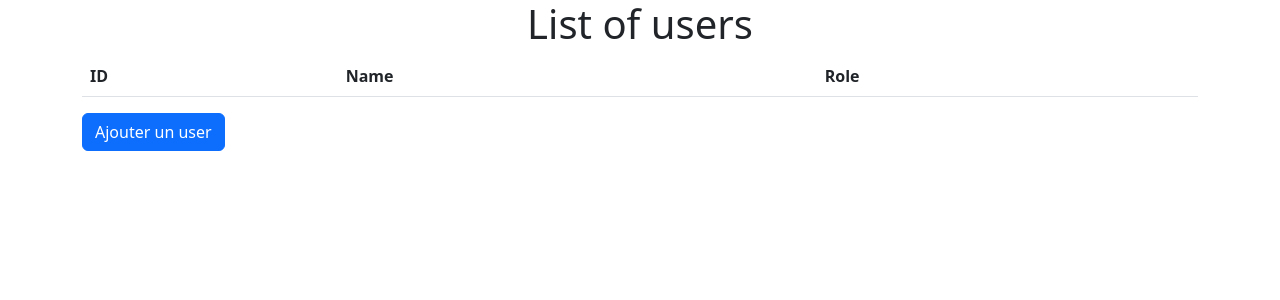
Repository: ahamie71/chat
Page: http://localhost/view/admin.phtml
An editor plug-in stored every save of this project. The page is shown before and after a run of saves, followed by the edit.
The browser window is 1280 px wide. The pictures show the whole page.
Some web libraries are served in a nearby version. The page is run by PHP 8.4 with error messages shown; the project is at /var/www/html/. Queries for data that is not in the repository find no rows.

Above is the page before, as saved 2023-01-13 10:44:30.

### view/admin.phtml
<?php
$db = new PDO('mysql:host=localhost;dbname=train;charset=utf8', 'root', 'root');
$req = "SELECT * FROM user ";
$recupererstmt=$db->prepare($req);
$recupererstmt->execute();
$result=$recupererstmt->fetchAll();
?>
<!DOCTYPE html>
<html lang="en">
<head>
    <meta charset="UTF-8">
    <meta http-equiv="X-UA-Compatible" content="IE=edge">
    <meta name="viewport" content="width=device-width, initial-scale=1.0">
    <link href="https://cdn.jsdelivr.net/npm/bootstrap@5.2.3/dist/css/bootstrap.min.css" rel="stylesheet" integrity="sha384-rbsA2VBKQhggwzxH7pPCaAqO46MgnOM80zW1RWuH61DGLwZJEdK2Kadq2F9CUG65" crossorigin="anonymous">
  </head>
    <title>crud</title>
</head>
<body>
<div class="container">
<table class="table caption-top">
  <h1 class="text-center">List of users</h1>
  <thead>
    <tr>
      <th scope="col">ID</th>
      <th scope="col">Name</th>

      <th scope="col">Role</th>
    </tr>
  <?php
        foreach($result as $user){
    ?>
            <tr>
                <td><?= $user['id'] ?></td>
                <td><?= $user['name'] ?></td>

                <td><?= $user['role'] ?></td>
                <td><a  class="btn btn-success" href=""<?= $user['id'] ?>">Modifier</a> <a class="btn btn-danger" href="delete.php?id=<?= $user['id'] ?>">Supprimer</a></td>
                </tr>

            </th>
    <?php
        }
    ?>
    </tbody>
  </tbody>
</table>
  <button type="button" class="btn btn-primary" href="./../ajoutercrud.php">Ajouter un user</button>
<script src="https://kit.fontawesome.com/31149d48b0.js" crossorigin="anonymous"></script>
<script src="https://cdn.jsdelivr.net/npm/@popperjs/core@2.9.2/dist/umd/popper.min.js" integrity="sha384-IQsoLXl5PILFhosVNubq5LC7Qb9DXgDA9i+tQ8Zj3iwWAwPtgFTxbJ8NT4GN1R8p" crossorigin="anonymous"></script>
<script src="https://cdn.jsdelivr.net/npm/bootstrap@5.0.2/dist/js/bootstrap.min.js" integrity="sha384-cVKIPhGWiC2Al4u+LWgxfKTRIcfu0JTxR+EQDz/bgldoEyl4H0zUF0QKbrJ0EcQF" crossorigin="anonymous"></script>



</body>
</html>
</body>
</html>

After the next 2 saves:
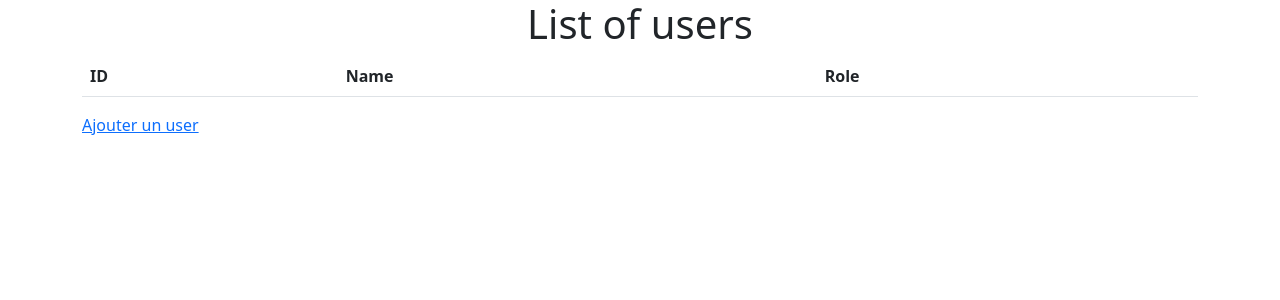
The 2 saves are shown as one change because they came seconds apart.
The last was saved 30 s later.
--- a/view/admin.phtml
+++ b/view/admin.phtml
@@ -44,7 +44,7 @@ $result=$recupererstmt->fetchAll();
     </tbody>
   </tbody>
 </table>
-  <button type="button" class="btn btn-primary" href="./../ajoutercrud.php">Ajouter un user</button>
+  <a href="./../ajoutercrud.php">Ajouter un user</button>
 <script src="https://kit.fontawesome.com/31149d48b0.js" crossorigin="anonymous"></script>
 <script src="https://cdn.jsdelivr.net/npm/@popperjs/core@2.9.2/dist/umd/popper.min.js" integrity="sha384-IQsoLXl5PILFhosVNubq5LC7Qb9DXgDA9i+tQ8Zj3iwWAwPtgFTxbJ8NT4GN1R8p" crossorigin="anonymous"></script>
 <script src="https://cdn.jsdelivr.net/npm/bootstrap@5.0.2/dist/js/bootstrap.min.js" integrity="sha384-cVKIPhGWiC2Al4u+LWgxfKTRIcfu0JTxR+EQDz/bgldoEyl4H0zUF0QKbrJ0EcQF" crossorigin="anonymous"></script>
